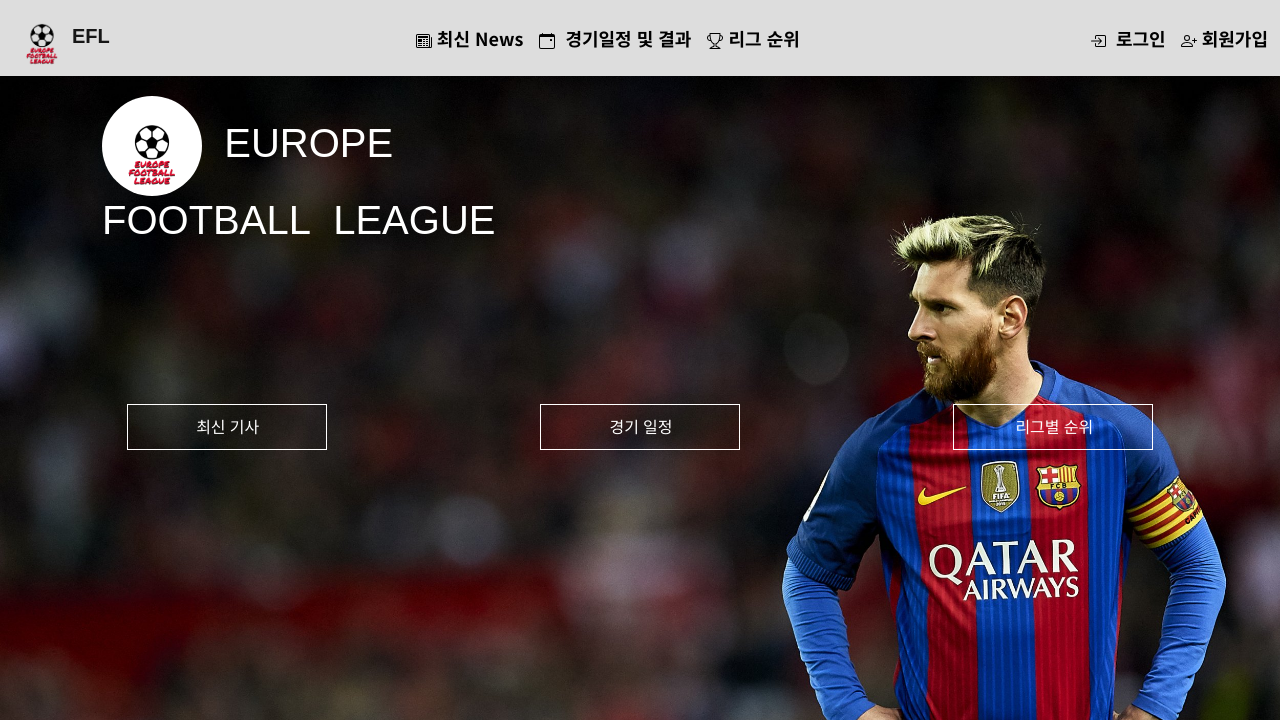
Repository: kylekimkim/uefa_project
Page: http://localhost/index
An editor plug-in stored every save of this project. The page is shown before and after the next save, followed by the edit.
The browser window is 1280 px wide. The pictures show the whole page.
Some web fonts or font styles are not loaded; a fallback is used. The page is this project's Thymeleaf template; nobody is signed in. The template is opened directly, without the code that normally fills it, so the values that code supplies are empty.

Above is the page before, as saved 2022-07-22 08:23:43.

### uefa_project/src/main/resources/templates/index.html
<html lang="ko" xmlns:th="http:/www.thymeleaf.org">

	<head>
		<meta charset="UTF-8">
	</head>
	<style>
		body{
			background-image:url('/img/back.jpg');
			background-size:cover;
		}
		.logo{
			width:100px;
			background-color: white;
			border-radius:50px;
			padding:5px;
		}
		.menuList{
		border-radius:20px;
		display:flex;
		text-align:center;
		padding:20px;
		}
		.menuItem{
			width:200px;
			border:1px solid;
			color:white;
			margin:20px;
			text-align:center;
			margin:auto;
		}
		.menuBtn{
			width:200px;
			color:white;
			border:none;
			background-color: transparent;
			padding:10px;
		}
		.menuItem:hover{
			box-shadow:2px 2px 5px white;
			font-size:larger;
		}
	</style>
	<body>
		<header th:insert="header_nav.html"></header>
		<div class="container">
			<h1 style="color:white; margin:20px; font-family:'Mochiy Pop One', sans-serif;"><img class="logo" src="/img/logo.png" alt="league_image"> &nbsp;EUROPE<br>FOOTBALL&nbsp; LEAGUE</h1>
		</div>
		<br><br><br><br><br>
		<div class="menuList">
			<div class="menuItem">
				<button class="menuBtn" onclick="'#'">최신 기사</button>
			</div>
			<div class="menuItem">
				<button class="menuBtn" id="dropdown_btn slide-y" onclick="location.href='/match/2223/list.do'">경기 일정</button>
			</div>
			<div class="menuItem">
				<button class="menuBtn" onclick="location.href='/team/rank.do'">리그별 순위</button>
			</div>

		<div>
	</body>
</html>

### uefa_project/src/main/resources/templates/header_nav.html
<html lang="ko" xmlns:th="http://www.thymeleaf.org">
	<head>
	<meta charset="UTF-8">
		<link href="https://cdn.jsdelivr.net/npm/bootstrap@5.1.3/dist/css/bootstrap.min.css" rel="stylesheet" integrity="sha384-1BmE4kWBq78iYhFldvKuhfTAU6auU8tT94WrHftjDbrCEXSU1oBoqyl2QvZ6jIW3" crossorigin="anonymous">
		<script src="https://cdn.jsdelivr.net/npm/bootstrap@5.1.3/dist/js/bootstrap.bundle.min.js" integrity="sha384-ka7Sk0Gln4gmtz2MlQnikT1wXgYsOg+OMhuP+IlRH9sENBO0LRn5q+8nbTov4+1p" crossorigin="anonymous"></script>
	</head>
	<style>
	@import url('https://fonts.googleapis.com/css2?family=Do+Hyeon&display=swap');
	@import url('https://fonts.googleapis.com/css2?family=Noto+Sans+KR:wght@300&display=swap');
	@import url('https://fonts.googleapis.com/css2?family=Mochiy+Pop+One&display=swap');
	table{
			background-color:rgb(232, 232, 232);
			border-radius:20px;
			font-family: 'Do Hyeon', sans-serif;
			font-size:large;
			font-weight:700;
		}
	.admin{
		background-color: rgb(64, 64, 64);
	}
	#navItem{
		color:black;
	}
	#navItem:hover{
		color:blue;
		font-size:large;
	}
	nav{
		font-family: 'Noto Sans KR', sans-serif;
		font-size:large;
		font-weight:900;
	}
	</style>
	<body>
		<nav class="navbar navbar-expand-lg navbar-light" style="background-color:rgb(221, 221, 221);">
			<div class="container-fluid">
			    <span style="font-family:'Mochiy Pop One', sans-serif;" ><a class="navbar-brand" href="/"><img src="/img/logo.png" alt="league_image" width=60px;>EFL</a></span>
				<div class="collapse navbar-collapse justify-content-between" id="navbarNavDropdown">
					<ul class="navbar-nav"  style="margin:auto">
						<li class="nav-item" style="margin:auto">
							<a class="nav-link" href="#" id="navItem">
								<svg xmlns="http://www.w3.org/2000/svg" width="16" height="16" fill="currentColor" class="bi bi-newspaper" viewBox="0 0 16 16">
								  <path d="M0 2.5A1.5 1.5 0 0 1 1.5 1h11A1.5 1.5 0 0 1 14 2.5v10.528c0 .3-.05.654-.238.972h.738a.5.5 0 0 0 .5-.5v-9a.5.5 0 0 1 1 0v9a1.5 1.5 0 0 1-1.5 1.5H1.497A1.497 1.497 0 0 1 0 13.5v-11zM12 14c.37 0 .654-.211.853-.441.092-.106.147-.279.147-.531V2.5a.5.5 0 0 0-.5-.5h-11a.5.5 0 0 0-.5.5v11c0 .278.223.5.497.5H12z"/>
								  <path d="M2 3h10v2H2V3zm0 3h4v3H2V6zm0 4h4v1H2v-1zm0 2h4v1H2v-1zm5-6h2v1H7V6zm3 0h2v1h-2V6zM7 8h2v1H7V8zm3 0h2v1h-2V8zm-3 2h2v1H7v-1zm3 0h2v1h-2v-1zm-3 2h2v1H7v-1zm3 0h2v1h-2v-1z"/>
								</svg>&nbsp;최신 News
							</a>
						</li>
						<li class="nav-item"  style="margin:auto">
							<a class=nav-link href="/match/2122/list.do" id="navItem">
								<svg xmlns="http://www.w3.org/2000/svg" width="16" height="16" fill="currentColor" class="bi bi-calendar-event" viewBox="0 0 16 16">
								  <path d="M11 6.5a.5.5 0 0 1 .5-.5h1a.5.5 0 0 1 .5.5v1a.5.5 0 0 1-.5.5h-1a.5.5 0 0 1-.5-.5v-1z"/>
								  <path d="M3.5 0a.5.5 0 0 1 .5.5V1h8V.5a.5.5 0 0 1 1 0V1h1a2 2 0 0 1 2 2v11a2 2 0 0 1-2 2H2a2 2 0 0 1-2-2V3a2 2 0 0 1 2-2h1V.5a.5.5 0 0 1 .5-.5zM1 4v10a1 1 0 0 0 1 1h12a1 1 0 0 0 1-1V4H1z"/>
								</svg> &nbsp;경기일정 및 결과
							</a>
						</li>
						<li class="nav-item"  style="margin:auto">
							<a class=nav-link href="/team/rank.do" id="navItem">
								<svg xmlns="http://www.w3.org/2000/svg" width="16" height="16" fill="currentColor" class="bi bi-trophy" viewBox="0 0 16 16">
								  <path d="M2.5.5A.5.5 0 0 1 3 0h10a.5.5 0 0 1 .5.5c0 .538-.012 1.05-.034 1.536a3 3 0 1 1-1.133 5.89c-.79 1.865-1.878 2.777-2.833 3.011v2.173l1.425.356c.194.048.377.135.537.255L13.3 15.1a.5.5 0 0 1-.3.9H3a.5.5 0 0 1-.3-.9l1.838-1.379c.16-.12.343-.207.537-.255L6.5 13.11v-2.173c-.955-.234-2.043-1.146-2.833-3.012a3 3 0 1 1-1.132-5.89A33.076 33.076 0 0 1 2.5.5zm.099 2.54a2 2 0 0 0 .72 3.935c-.333-1.05-.588-2.346-.72-3.935zm10.083 3.935a2 2 0 0 0 .72-3.935c-.133 1.59-.388 2.885-.72 3.935zM3.504 1c.007.517.026 1.006.056 1.469.13 2.028.457 3.546.87 4.667C5.294 9.48 6.484 10 7 10a.5.5 0 0 1 .5.5v2.61a1 1 0 0 1-.757.97l-1.426.356a.5.5 0 0 0-.179.085L4.5 15h7l-.638-.479a.501.501 0 0 0-.18-.085l-1.425-.356a1 1 0 0 1-.757-.97V10.5A.5.5 0 0 1 9 10c.516 0 1.706-.52 2.57-2.864.413-1.12.74-2.64.87-4.667.03-.463.049-.952.056-1.469H3.504z"/>
								</svg>&nbsp;리그 순위
							</a>
						</li>
						  <li class="nav-item dropdown" th:if="${session.memVo} and ${session.memVo.grade == 0}">
						    <a class="nav-link dropdown-toggle" data-bs-toggle="dropdown" href="#" role="button" aria-expanded="false" id="navItem">
						    	<svg xmlns="http://www.w3.org/2000/svg" width="16" height="16" fill="currentColor" class="bi bi-person-circle" viewBox="0 0 16 16">
								  <path d="M11 6a3 3 0 1 1-6 0 3 3 0 0 1 6 0z"/>
								  <path fill-rule="evenodd" d="M0 8a8 8 0 1 1 16 0A8 8 0 0 1 0 8zm8-7a7 7 0 0 0-5.468 11.37C3.242 11.226 4.805 10 8 10s4.757 1.225 5.468 2.37A7 7 0 0 0 8 1z"/>
								</svg>&nbsp;관리자 전용</a>
						    <ul class="dropdown-menu">
						      <li><a class="dropdown-item" href="/mem/list.do">멤버 관리</a></li>
						      <li><a class="dropdown-item" href="/team/list.do">Team 순위 관리</a></li>
						      <li><a class="dropdown-item" href="/admin/match/2122/list.do">경기 일정 관리 </a></li>
						    </ul>
						  </li>
					</ul>
					<div th:if="${session.memVo}">
						<svg  th:if="${session.memVo.grade == 0}" xmlns="http://www.w3.org/2000/svg" width="16" height="16" fill="currentColor" class="bi bi-person-circle" viewBox="0 0 16 16">
						  <path d="M11 6a3 3 0 1 1-6 0 3 3 0 0 1 6 0z"/>
						  <path fill-rule="evenodd" d="M0 8a8 8 0 1 1 16 0A8 8 0 0 1 0 8zm8-7a7 7 0 0 0-5.468 11.37C3.242 11.226 4.805 10 8 10s4.757 1.225 5.468 2.37A7 7 0 0 0 8 1z"/>
						</svg>
						<svg th:if="${session.memVo.grade != 0}" xmlns="http://www.w3.org/2000/svg" width="16" height="16" fill="currentColor" class="bi bi-person" viewBox="0 0 16 16">
						  <path d="M8 8a3 3 0 1 0 0-6 3 3 0 0 0 0 6zm2-3a2 2 0 1 1-4 0 2 2 0 0 1 4 0zm4 8c0 1-1 1-1 1H3s-1 0-1-1 1-4 6-4 6 3 6 4zm-1-.004c-.001-.246-.154-.986-.832-1.664C11.516 10.68 10.289 10 8 10c-2.29 0-3.516.68-4.168 1.332-.678.678-.83 1.418-.832 1.664h10z"/>
						</svg>
						<span th:text="${session.memVo}?${session.memVo.id}:''"></span>
						(<span th:text="${session.memVo?.name}"></span>)
						님 로그인
						&nbsp;&nbsp;
						<a  class="btn btn-outline-primary position-relative" th:href="@{/team/myteam(teamNum=${session.memVo.myteam})}" th:if="${session.memVo.myteam}">
							My Team
							</span>
						</a>
						<a  class="btn btn-outline-primary position-relative" th:href="@{/team/select(id=${session.memVo.id})}" th:if="${session.memVo.myteam==null}">
							My Team을 설정해보세요
							</span>
						</a>
						&nbsp;&nbsp;
						<a 	href="/mem/logout" style="text-decoration:none; color:black;">
							<svg xmlns="http://www.w3.org/2000/svg" width="16" height="16" fill="currentColor" class="bi bi-box-arrow-left" viewBox="0 0 16 16">
							  <path fill-rule="evenodd" d="M6 12.5a.5.5 0 0 0 .5.5h8a.5.5 0 0 0 .5-.5v-9a.5.5 0 0 0-.5-.5h-8a.5.5 0 0 0-.5.5v2a.5.5 0 0 1-1 0v-2A1.5 1.5 0 0 1 6.5 2h8A1.5 1.5 0 0 1 16 3.5v9a1.5 1.5 0 0 1-1.5 1.5h-8A1.5 1.5 0 0 1 5 12.5v-2a.5.5 0 0 1 1 0v2z"/>
							  <path fill-rule="evenodd" d="M.146 8.354a.5.5 0 0 1 0-.708l3-3a.5.5 0 1 1 .708.708L1.707 7.5H10.5a.5.5 0 0 1 0 1H1.707l2.147 2.146a.5.5 0 0 1-.708.708l-3-3z"/>
							</svg>&nbsp;로그아웃
						</a>

					</div>
	 				<div class="d-flex" th:if="!${session.memVo}">
						<a 	href="/mem/login" style="text-decoration:none; color:black;">
							<svg xmlns="http://www.w3.org/2000/svg" width="16" height="16" fill="currentColor" class="bi bi-box-arrow-in-right" viewBox="0 0 16 16">
							  <path fill-rule="evenodd" d="M6 3.5a.5.5 0 0 1 .5-.5h8a.5.5 0 0 1 .5.5v9a.5.5 0 0 1-.5.5h-8a.5.5 0 0 1-.5-.5v-2a.5.5 0 0 0-1 0v2A1.5 1.5 0 0 0 6.5 14h8a1.5 1.5 0 0 0 1.5-1.5v-9A1.5 1.5 0 0 0 14.5 2h-8A1.5 1.5 0 0 0 5 3.5v2a.5.5 0 0 0 1 0v-2z"/>
							  <path fill-rule="evenodd" d="M11.854 8.354a.5.5 0 0 0 0-.708l-3-3a.5.5 0 1 0-.708.708L10.293 7.5H1.5a.5.5 0 0 0 0 1h8.793l-2.147 2.146a.5.5 0 0 0 .708.708l3-3z"/>
							</svg> &nbsp;로그인
						</a>&nbsp;&nbsp;&nbsp;
						<a 	href="/mem/signup" style="text-decoration:none; color:black;">
							<svg xmlns="http://www.w3.org/2000/svg" width="16" height="16" fill="currentColor" class="bi bi-person-plus" viewBox="0 0 16 16">
							  <path d="M6 8a3 3 0 1 0 0-6 3 3 0 0 0 0 6zm2-3a2 2 0 1 1-4 0 2 2 0 0 1 4 0zm4 8c0 1-1 1-1 1H1s-1 0-1-1 1-4 6-4 6 3 6 4zm-1-.004c-.001-.246-.154-.986-.832-1.664C9.516 10.68 8.289 10 6 10c-2.29 0-3.516.68-4.168 1.332-.678.678-.83 1.418-.832 1.664h10z"/>
							  <path fill-rule="evenodd" d="M13.5 5a.5.5 0 0 1 .5.5V7h1.5a.5.5 0 0 1 0 1H14v1.5a.5.5 0 0 1-1 0V8h-1.5a.5.5 0 0 1 0-1H13V5.5a.5.5 0 0 1 .5-.5z"/>
							</svg>&nbsp;회원가입
						</a>
					</div>
				</div>
			</div>
		</nav>
	</body>
</html>

After the next save:
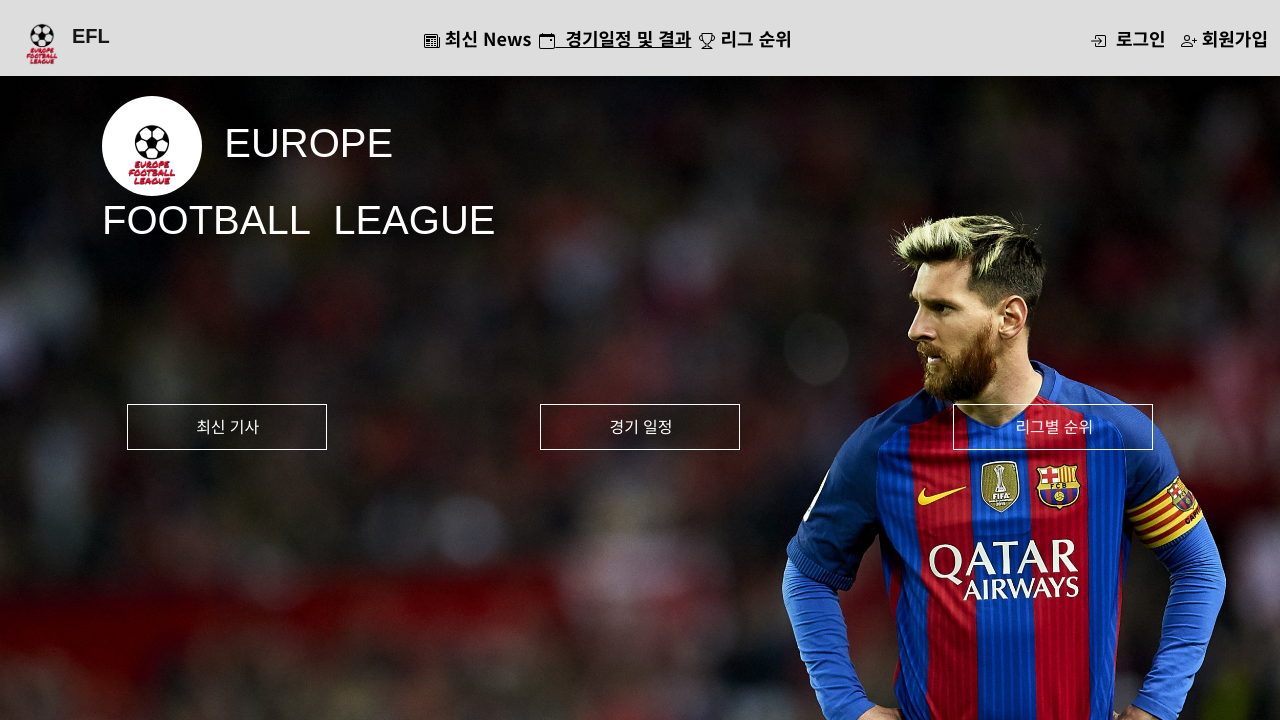
Saved 57 s later.
--- a/uefa_project/src/main/resources/templates/header_nav.html
+++ b/uefa_project/src/main/resources/templates/header_nav.html
@@ -46,7 +46,7 @@
 							</a>
 						</li>
 						<li class="nav-item"  style="margin:auto">
-							<a class=nav-link href="/match/2122/list.do" id="navItem">
+							<a  href="/match/2122/list.do" id="navItem">
 								<svg xmlns="http://www.w3.org/2000/svg" width="16" height="16" fill="currentColor" class="bi bi-calendar-event" viewBox="0 0 16 16">
 								  <path d="M11 6.5a.5.5 0 0 1 .5-.5h1a.5.5 0 0 1 .5.5v1a.5.5 0 0 1-.5.5h-1a.5.5 0 0 1-.5-.5v-1z"/>
 								  <path d="M3.5 0a.5.5 0 0 1 .5.5V1h8V.5a.5.5 0 0 1 1 0V1h1a2 2 0 0 1 2 2v11a2 2 0 0 1-2 2H2a2 2 0 0 1-2-2V3a2 2 0 0 1 2-2h1V.5a.5.5 0 0 1 .5-.5zM1 4v10a1 1 0 0 0 1 1h12a1 1 0 0 0 1-1V4H1z"/>

After the save that followed:
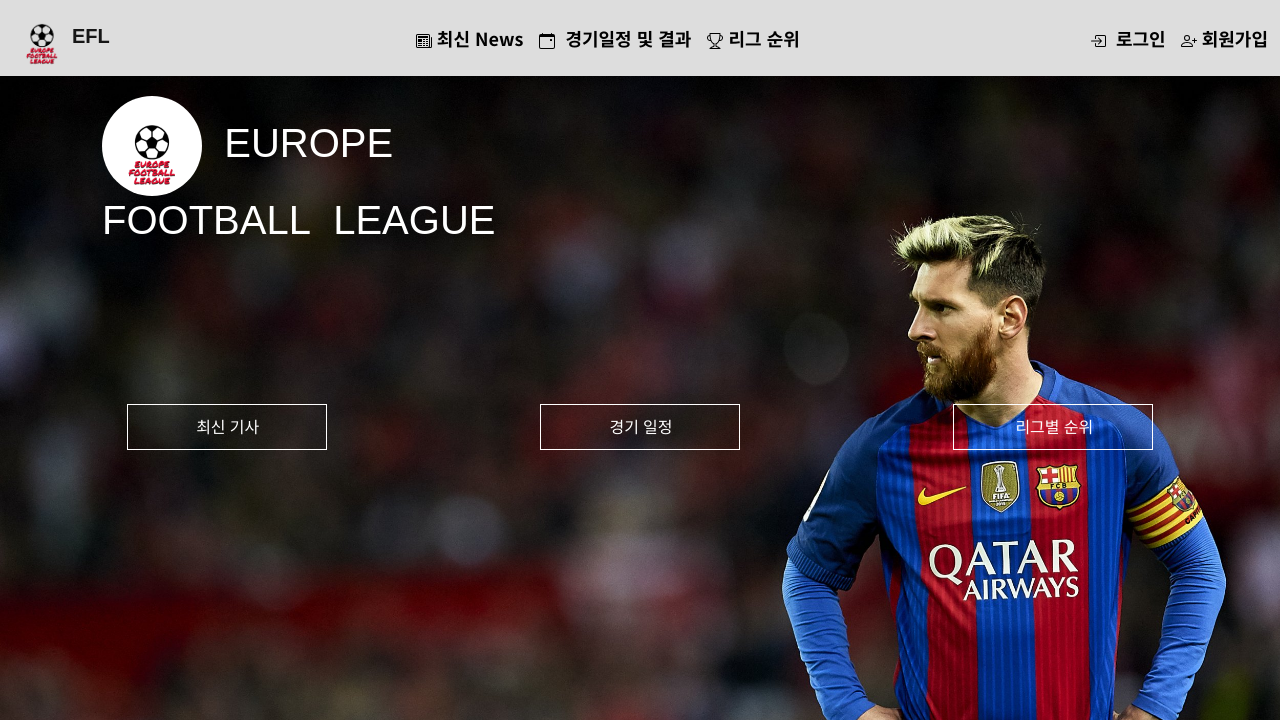
Saved 9 s later.
--- a/uefa_project/src/main/resources/templates/header_nav.html
+++ b/uefa_project/src/main/resources/templates/header_nav.html
@@ -46,7 +46,7 @@
 							</a>
 						</li>
 						<li class="nav-item"  style="margin:auto">
-							<a  href="/match/2122/list.do" id="navItem">
+							<a class=nav-link href="/match/2122/list.do" id="navItem">
 								<svg xmlns="http://www.w3.org/2000/svg" width="16" height="16" fill="currentColor" class="bi bi-calendar-event" viewBox="0 0 16 16">
 								  <path d="M11 6.5a.5.5 0 0 1 .5-.5h1a.5.5 0 0 1 .5.5v1a.5.5 0 0 1-.5.5h-1a.5.5 0 0 1-.5-.5v-1z"/>
 								  <path d="M3.5 0a.5.5 0 0 1 .5.5V1h8V.5a.5.5 0 0 1 1 0V1h1a2 2 0 0 1 2 2v11a2 2 0 0 1-2 2H2a2 2 0 0 1-2-2V3a2 2 0 0 1 2-2h1V.5a.5.5 0 0 1 .5-.5zM1 4v10a1 1 0 0 0 1 1h12a1 1 0 0 0 1-1V4H1z"/>
